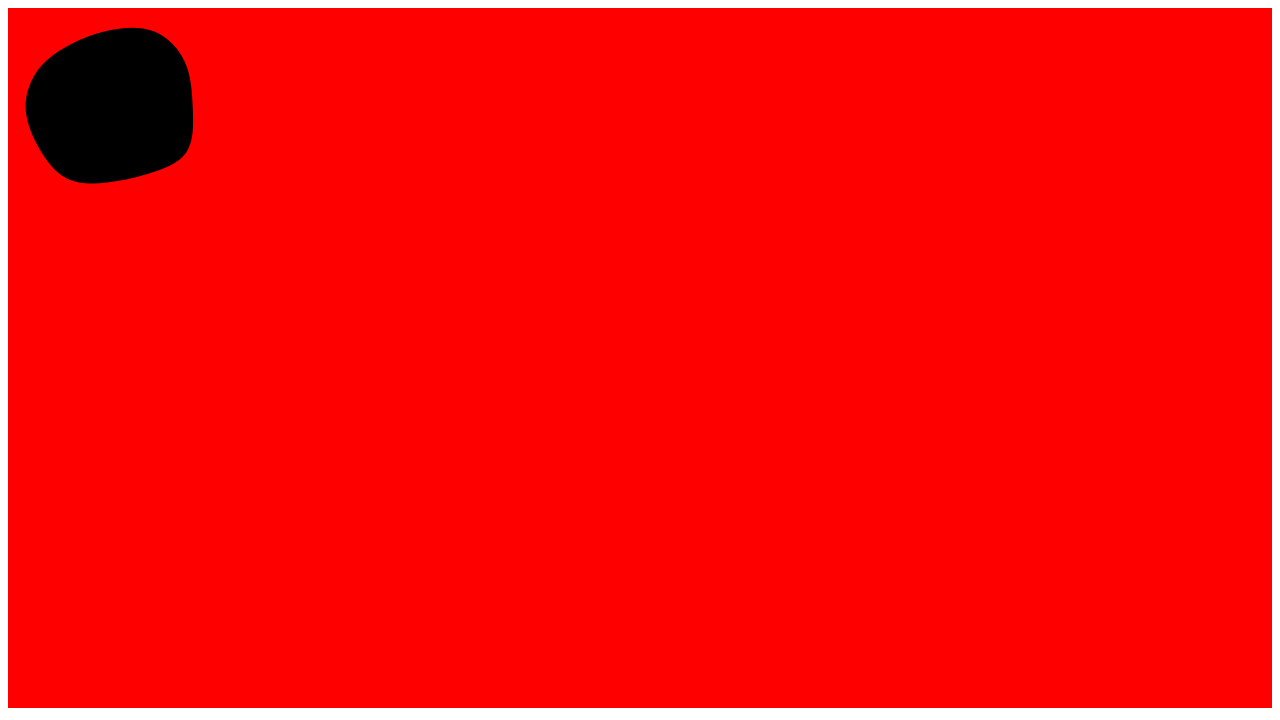
Repository: DNoel26/My_Dev_Portfolio
Page: index.html
An editor plug-in stored every save of this project. The page is shown before and after the next save, followed by the edit.
The browser window is 1280 px wide. The pictures show the whole page.

Above is the page before, as saved 2021-01-23 03:29:36.

After the next save:
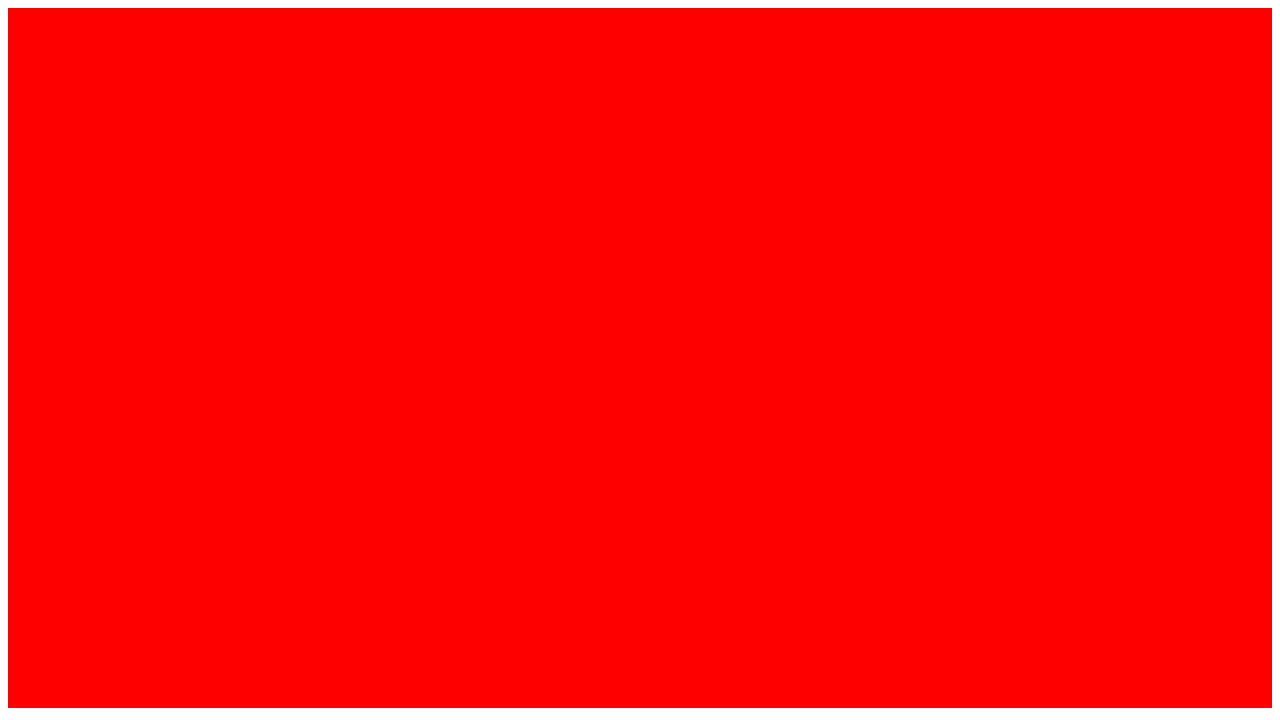
Saved 12 s later.
--- a/index.html
+++ b/index.html
@@ -10,7 +10,7 @@
     <header>
         <div>
             <svg viewBox="0 0 200 200" xmlns="http://www.w3.org/2000/svg">
-                <path fill="" d="M45.8,-76.7C59.5,-71.3,70.9,-59.4,77.1,-45.6C83.2,-31.7,84.1,-15.8,84.8,0.4C85.4,16.6,85.9,33.2,78.2,44.4C70.5,55.6,54.6,61.4,40.2,65.7C25.9,70.1,12.9,72.9,-0.9,74.5C-14.7,76,-29.4,76.2,-41.2,70.4C-53,64.5,-61.8,52.7,-69.1,39.9C-76.3,27.2,-82,13.6,-82.4,-0.2C-82.7,-14,-77.7,-28,-69.4,-38.9C-61,-49.7,-49.4,-57.5,-37.2,-63.8C-25.1,-70,-12.6,-74.8,1.7,-77.8C16,-80.8,32,-82,45.8,-76.7Z" transform="translate(100 100)" />
+                <path fill="url("../img/profile_pic.jpg")" d="M45.8,-76.7C59.5,-71.3,70.9,-59.4,77.1,-45.6C83.2,-31.7,84.1,-15.8,84.8,0.4C85.4,16.6,85.9,33.2,78.2,44.4C70.5,55.6,54.6,61.4,40.2,65.7C25.9,70.1,12.9,72.9,-0.9,74.5C-14.7,76,-29.4,76.2,-41.2,70.4C-53,64.5,-61.8,52.7,-69.1,39.9C-76.3,27.2,-82,13.6,-82.4,-0.2C-82.7,-14,-77.7,-28,-69.4,-38.9C-61,-49.7,-49.4,-57.5,-37.2,-63.8C-25.1,-70,-12.6,-74.8,1.7,-77.8C16,-80.8,32,-82,45.8,-76.7Z" transform="translate(100 100)" />
             </svg>
         </div>
     </header>

After the 3 saves that followed:
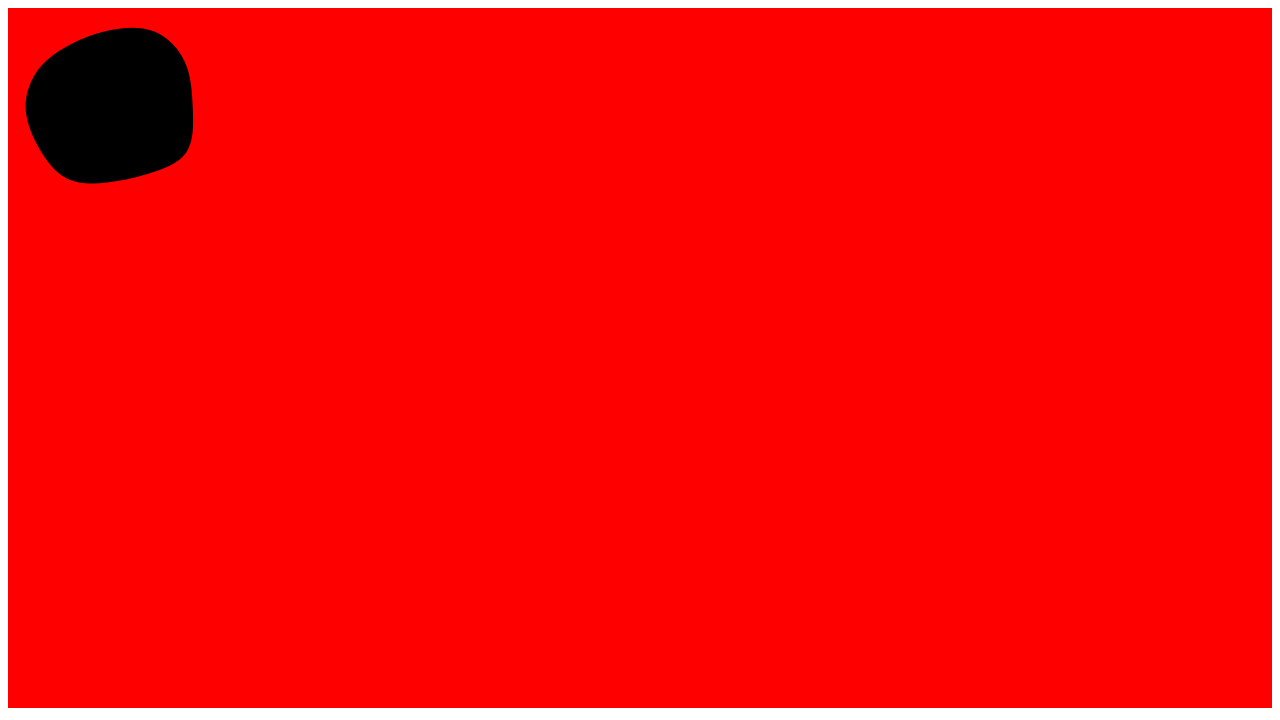
The 3 saves are shown as one change because 1 left the picture as it was and some came seconds apart.
The last was saved 9 s later.
--- a/index.html
+++ b/index.html
@@ -10,7 +10,7 @@
     <header>
         <div>
             <svg viewBox="0 0 200 200" xmlns="http://www.w3.org/2000/svg">
-                <path fill="url("../img/profile_pic.jpg")" d="M45.8,-76.7C59.5,-71.3,70.9,-59.4,77.1,-45.6C83.2,-31.7,84.1,-15.8,84.8,0.4C85.4,16.6,85.9,33.2,78.2,44.4C70.5,55.6,54.6,61.4,40.2,65.7C25.9,70.1,12.9,72.9,-0.9,74.5C-14.7,76,-29.4,76.2,-41.2,70.4C-53,64.5,-61.8,52.7,-69.1,39.9C-76.3,27.2,-82,13.6,-82.4,-0.2C-82.7,-14,-77.7,-28,-69.4,-38.9C-61,-49.7,-49.4,-57.5,-37.2,-63.8C-25.1,-70,-12.6,-74.8,1.7,-77.8C16,-80.8,32,-82,45.8,-76.7Z" transform="translate(100 100)" />
+                <path fill="../img/profile_pic.jpg" d="M45.8,-76.7C59.5,-71.3,70.9,-59.4,77.1,-45.6C83.2,-31.7,84.1,-15.8,84.8,0.4C85.4,16.6,85.9,33.2,78.2,44.4C70.5,55.6,54.6,61.4,40.2,65.7C25.9,70.1,12.9,72.9,-0.9,74.5C-14.7,76,-29.4,76.2,-41.2,70.4C-53,64.5,-61.8,52.7,-69.1,39.9C-76.3,27.2,-82,13.6,-82.4,-0.2C-82.7,-14,-77.7,-28,-69.4,-38.9C-61,-49.7,-49.4,-57.5,-37.2,-63.8C-25.1,-70,-12.6,-74.8,1.7,-77.8C16,-80.8,32,-82,45.8,-76.7Z" transform="translate(100 100)" />
             </svg>
         </div>
     </header>
